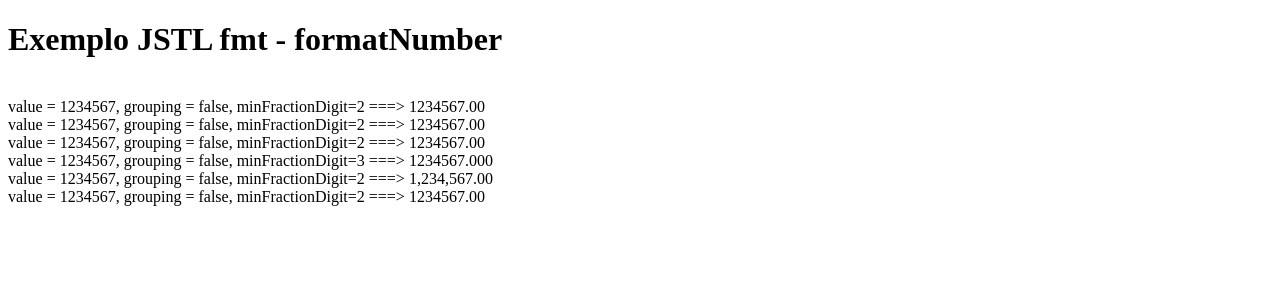
Repository: GabrielGGhost/EstudoJavaAW1-AW2
Page: http://localhost/estudos11/jsp/formatNumber.jsp
These files come from the project's save history. The page is drawn as it stood at one moment and after the next save; the edit follows.
The browser window is 1280 px wide. The pictures show the whole page.
The page is served by Tomcat 9.

Above is the page before, as saved 2020-10-23 21:27:24.

After the next save:
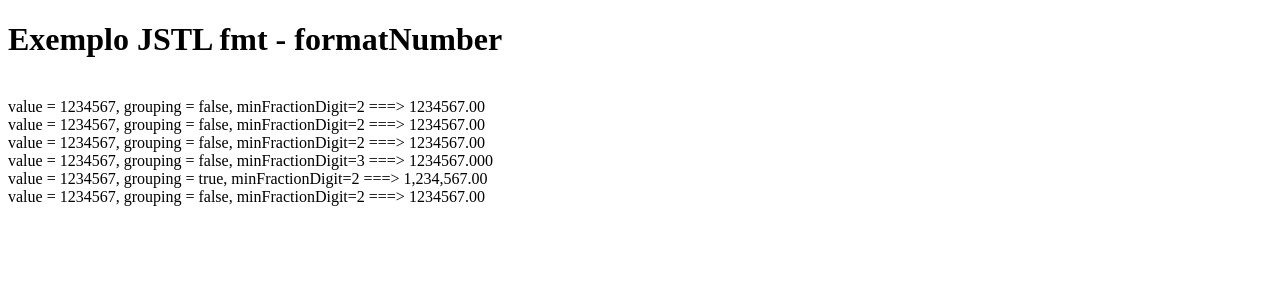
Saved 32 s later.
--- a/estudos11/WebContent/jsp/formatNumber.jsp
+++ b/estudos11/WebContent/jsp/formatNumber.jsp
@@ -28,7 +28,7 @@
 	<fmt:formatNumber value="1234567" groupingUsed="false" minFractionDigits="3"/>
 
 		<br>
-	value = 1234567, grouping = false, minFractionDigit=2 ===>
+	value = 1234567, grouping = true, minFractionDigit=2 ===>
 	<fmt:formatNumber value="1234567" groupingUsed="true" minFractionDigits="2"/>
 
 		<br>
